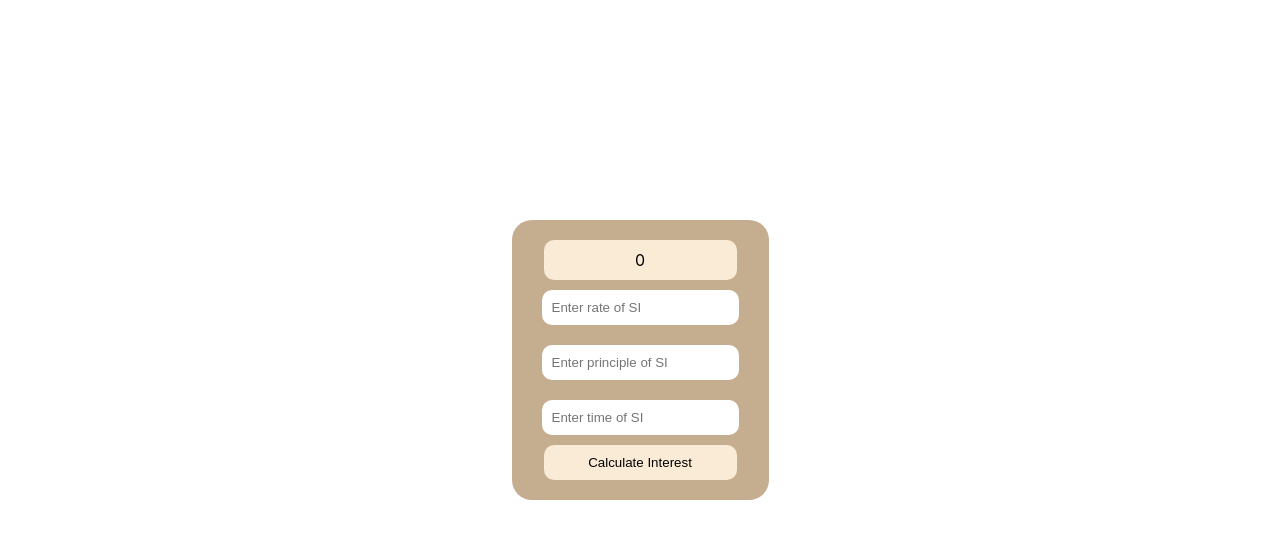
Repository: purnimapatel/SI-calculator
Page: /
An editor plug-in stored every save of this project. The page is shown before and after a run of saves, followed by the edit.
The browser window is 1280 px wide. The pictures show the whole page.
The project was rebuilt for these pictures with package versions that can differ from the ones it lists, and the page was loaded fresh each time.

Above is the page before, as saved 2024-08-26 12:06:49.

After the next 2 saves:
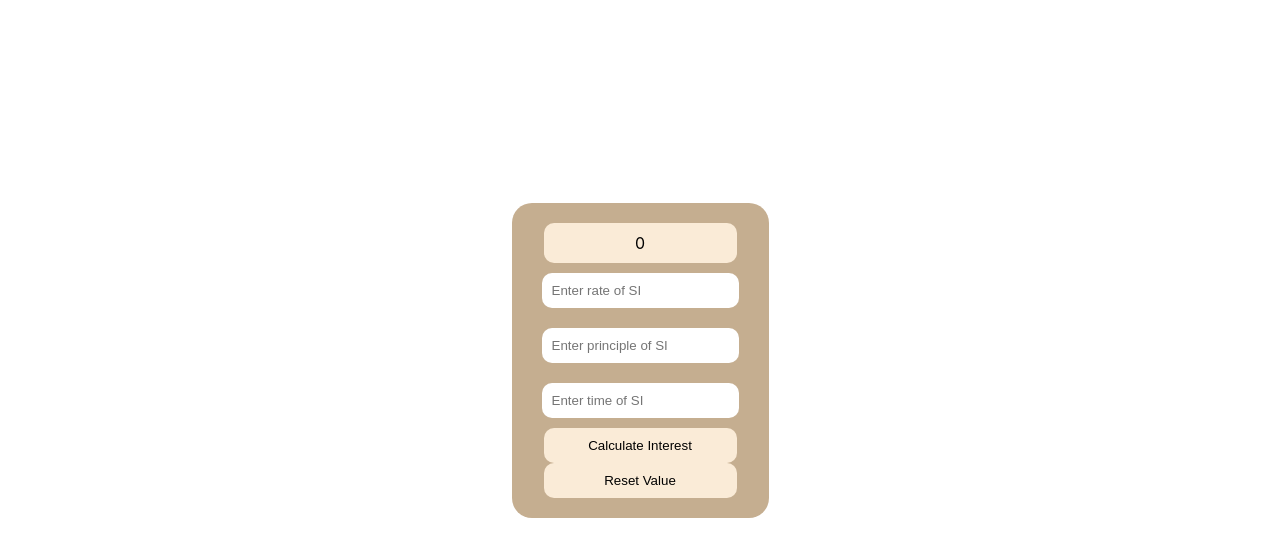
The 2 saves are shown as one change because 1 did not build or start.
The last was saved 3 min 10 s later.
--- a/src/App.jsx
+++ b/src/App.jsx
@@ -38,6 +38,7 @@ function App() {
         placeholder="Enter time of SI"
       />
     <button className='btn' onClick={result}>Calculate Interest</button>
+    <button className='btn' onClick={result}>Reset Value</button>
     </div>
     </div>
 
@@ -50,6 +51,9 @@ function App() {
     setRes(`The Simple Interest is: ${(rate*principle*time)/100}`)
 
 }
+function resetValue(){
+  setRes('');
+}
 
 
 
